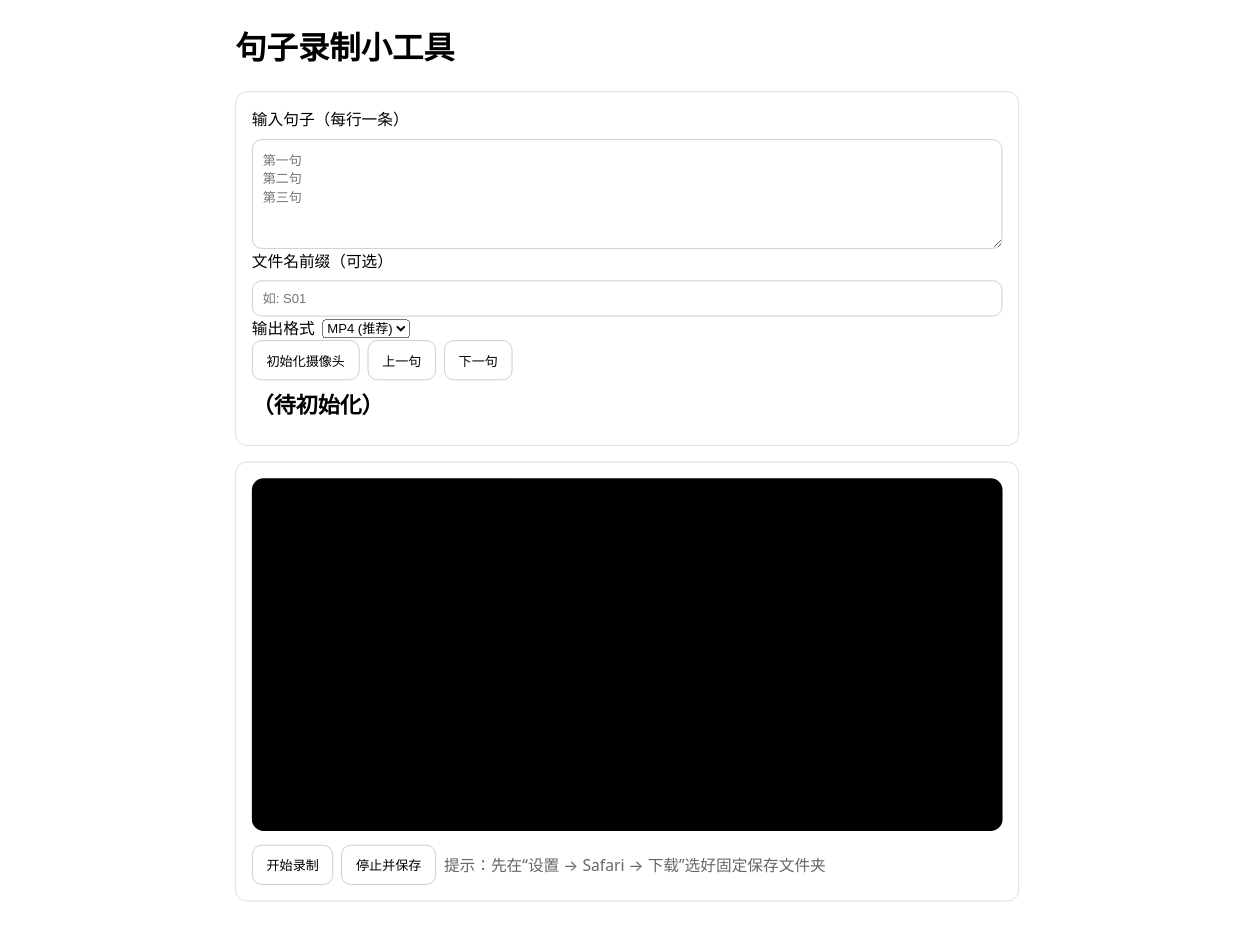
Repository: video2speech/video2speech.github.io
Page: index.html
These files come from the project's save history. The page is drawn as it stood at one moment and after the next save; the edit follows.
The browser window is 1280 px wide. The pictures show the whole page, at 98% of full size.

Above is the page before, as saved 2025-09-04 04:44:28.

### index.html
<!doctype html>
<html>
<meta charset="utf-8" />
<title>句子录制小工具</title>
<style>
  body{font-family:system-ui,-apple-system,Segoe UI,Roboto,Helvetica,Arial,sans-serif;max-width:800px;margin:24px auto;padding:0 16px;line-height:1.5}
  .card{border:1px solid #ddd;border-radius:12px;padding:16px;margin:16px 0}
  .row{display:flex;gap:8px;flex-wrap:wrap;align-items:center}
  video{width:100%;max-height:50vh;background:#000;border-radius:12px}
  button{padding:10px 14px;border-radius:10px;border:1px solid #ccc;background:#fff}
  button:active{opacity:.8}
  input,textarea{width:100%;padding:10px;border-radius:10px;border:1px solid #ccc}
  .big{font-size:1.4rem;font-weight:600;margin:8px 0}
  .muted{color:#666}
</style>
<body>
  <h1>句子录制小工具</h1>

  <div class="card">
    <div class="row">
      <label>输入句子（每行一条）</label>
      <textarea id="sentences" rows="6" placeholder="第一句
第二句
第三句"></textarea>
    </div>
    <div class="row">
      <label>文件名前缀（可选）</label>
      <input id="prefix" placeholder="如: S01"/>
    </div>
    <div class="row">
      <label>输出格式</label>
      <select id="format">
        <option value="mp4">MP4 (推荐)</option>
        <option value="webm">WebM</option>
      </select>
    </div>
    <div class="row">
      <button id="init">初始化摄像头</button>
      <button id="prev">上一句</button>
      <button id="next">下一句</button>
      <span class="muted" id="idxInfo"></span>
    </div>
    <div class="big" id="currentText">（待初始化）</div>
  </div>

  <div class="card">
    <video id="preview" playsinline autoplay muted></video>
    <div class="row" style="margin-top:8px">
      <button id="start">开始录制</button>
      <button id="stop">停止并保存</button>
      <span class="muted">提示：先在“设置 → Safari → 下载”选好固定保存文件夹</span>
    </div>
  </div>

<script>
const el = id => document.getElementById(id);
let stream, mediaRecorder, chunks = [];
let sentences = [];
let idx = 0;
let recording = false;

function updateSentenceView(){
  const total = sentences.length;
  const text = total ? sentences[idx] : '';
  el('currentText').textContent = text || '（没有句子）';
  el('idxInfo').textContent = total ? `第 ${idx+1}/${total} 句` : '';
}

el('init').onclick = async () => {
  try {
    // 前置摄像头；如需后置，把 'user' 改为 'environment'
    stream = await navigator.mediaDevices.getUserMedia({
      video: { facingMode: 'user', width: {ideal:1280}, height:{ideal:720}},
      audio: true
    });
    el('preview').srcObject = stream;
    sentences = el('sentences').value
      .split('\n').map(s=>s.trim()).filter(Boolean);
    idx = 0;
    updateSentenceView();
    alert('摄像头就绪；可以开始了。');
  } catch (e) {
    alert('无法获取摄像头/麦克风权限：' + e);
  }
};

el('next').onclick = () => { if (sentences.length){ idx = Math.min(idx+1, sentences.length-1); updateSentenceView(); }};
el('prev').onclick = () => { if (sentences.length){ idx = Math.max(idx-1, 0); updateSentenceView(); }};

el('start').onclick = () => {
  if (!stream) return alert('请先点"初始化摄像头"');
  if (recording) return;
  chunks = [];

  // 根据用户选择的格式确定mimeType
  const selectedFormat = el('format').value;
  let mimeType;

  if (selectedFormat === 'mp4') {
    // 尝试不同的MP4编码组合
    const mp4Options = [
      'video/mp4;codecs=h264,aac',
      'video/mp4;codecs=avc1.42E01E,mp4a.40.2',
      'video/mp4'
    ];
    mimeType = mp4Options.find(type => MediaRecorder.isTypeSupported(type)) || 'video/webm;codecs=vp9,opus';
  } else {
    mimeType = 'video/webm;codecs=vp9,opus';
  }

  mediaRecorder = new MediaRecorder(stream, { mimeType });
  mediaRecorder.ondataavailable = e => { if (e.data.size > 0) chunks.push(e.data); };
  mediaRecorder.onstop = saveBlob;
  mediaRecorder.start();
  recording = true;
};

el('stop').onclick = () => {
  if (mediaRecorder && recording) {
    mediaRecorder.stop();
    recording = false;
  }
};

function sanitize(s){
  return s.replace(/[\\/:*?"<>|]/g,'').replace(/\s+/g,' ').trim();
}
function ts(){
  const d = new Date();
  const pad = n => String(n).padStart(2,'0');
  return `${d.getFullYear()}${pad(d.getMonth()+1)}${pad(d.getDate())}_${pad(d.getHours())}${pad(d.getMinutes())}${pad(d.getSeconds())}`;
}
function saveBlob(){
  // 根据实际使用的mimeType确定文件扩展名
  const isMP4 = mediaRecorder.mimeType.includes('mp4');
  const fileExt = isMP4 ? 'mp4' : 'webm';
  const blobType = isMP4 ? 'video/mp4' : 'video/webm';

  const blob = new Blob(chunks, { type: blobType });
  const a = document.createElement('a');
  const prefix = sanitize(el('prefix').value || '');
  const short = sentences[idx] ? sanitize(sentences[idx]).slice(0,12) : 'clip';
  const nameCore = [prefix, `S${String(idx+1).padStart(3,'0')}`, ts(), short].filter(Boolean).join('_');
  a.download = `${nameCore}.${fileExt}`;
  a.href = URL.createObjectURL(blob);
  a.click();
  URL.revokeObjectURL(a.href);

  // 显示格式信息
  console.log(`录制完成，格式: ${fileExt.toUpperCase()}, MIME类型: ${mediaRecorder.mimeType}`);
}
</script>
</body>
</html>

After the next save:
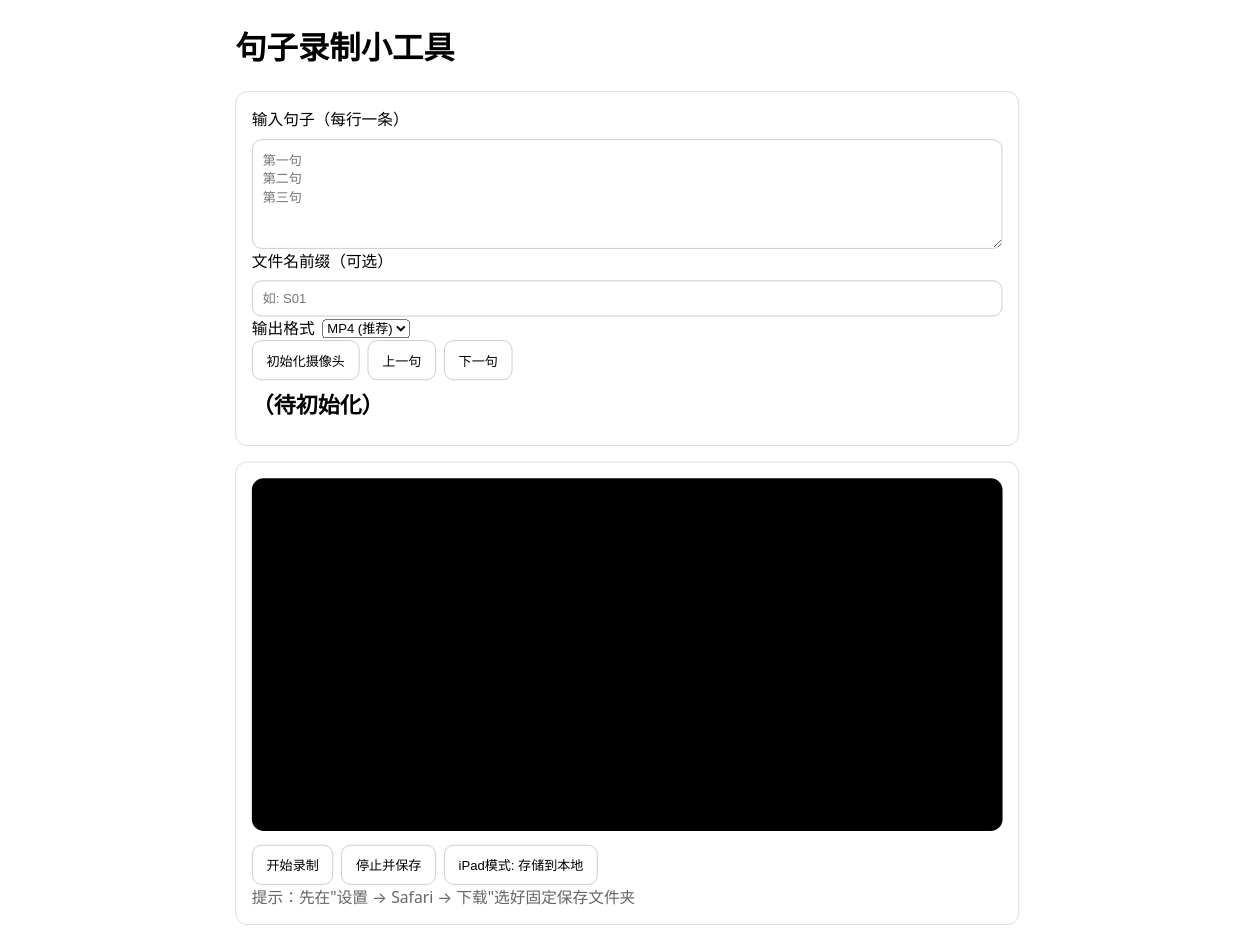
Saved 35 s later.
--- a/index.html
+++ b/index.html
@@ -48,7 +48,16 @@
     <div class="row" style="margin-top:8px">
       <button id="start">开始录制</button>
       <button id="stop">停止并保存</button>
-      <span class="muted">提示：先在“设置 → Safari → 下载”选好固定保存文件夹</span>
+      <button id="downloadMode" onclick="toggleDownloadMode()">iPad模式: 存储到本地</button>
+    </div>
+    <div class="row">
+      <button id="viewStored" style="display:none">查看已存储视频 (0)</button>
+      <button id="downloadAll" style="display:none">下载所有</button>
+      <button id="clearAll" style="display:none">清空存储</button>
+      <span class="muted" id="storageInfo"></span>
+    </div>
+    <div class="row">
+      <span class="muted" id="downloadTip">提示：先在"设置 → Safari → 下载"选好固定保存文件夹</span>
     </div>
   </div>
 
